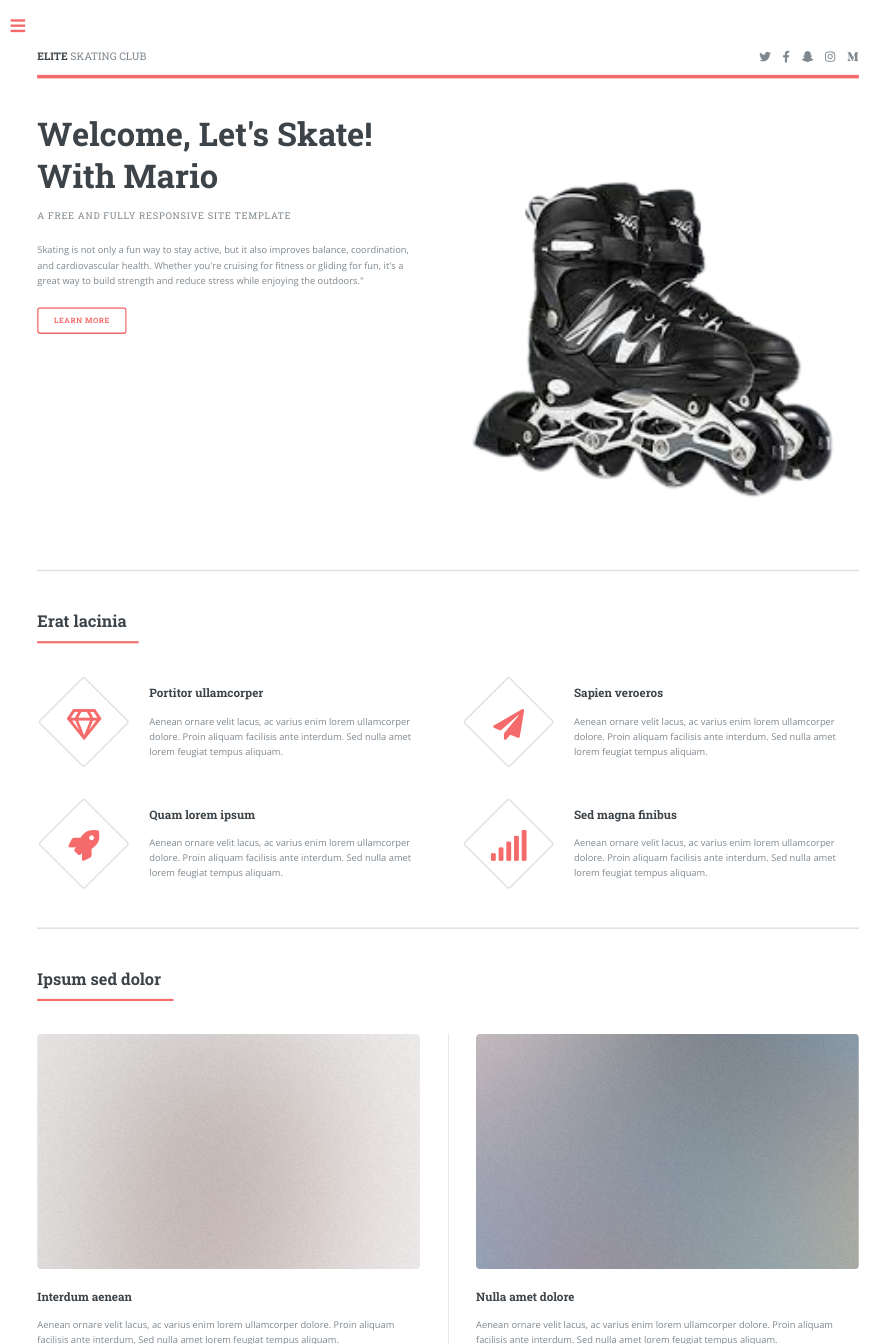
Repository: rachel648/New_Elite
Page: index.html
An editor plug-in stored every save of this project. The page is shown before and after the next save, followed by the edit.
The browser window is 1280 px wide. The pictures show the part of the page from y = 0 to 1920 px (the page is 3230 px tall), at 70% of full size.

Above is the page before, as saved 2024-09-20 13:40:28.

### index.html
<!DOCTYPE HTML>
<html>
	<head>
		<title>ELITE SKATES</title>
		<meta charset="utf-8" />
		<meta name="viewport" content="width=device-width, initial-scale=1, user-scalable=no" />
		<link rel="stylesheet" href="assets/css/main.css" />
	</head>
	<body class="is-preload">

		<!-- Wrapper -->
			<div id="wrapper">

				<!-- Main -->
					<div id="main">
						<div class="inner">

							<!-- Header -->
								<header id="header">
									<a href="index.html" class="logo"><strong>ELITE </strong>SKATING CLUB</a>
									<ul class="icons">
										<li><a href="#" class="icon brands fa-twitter"><span class="label">Twitter</span></a></li>
										<li><a href="#" class="icon brands fa-facebook-f"><span class="label">Facebook</span></a></li>
										<li><a href="#" class="icon brands fa-snapchat-ghost"><span class="label">Snapchat</span></a></li>
										<li><a href="#" class="icon brands fa-instagram"><span class="label">Instagram</span></a></li>
										<li><a href="#" class="icon brands fa-medium-m"><span class="label">Medium</span></a></li>
									</ul>
								</header>

							<!-- Banner -->
								<section id="banner">
									<div class="content">
										<header>
											<h1>Welcome, Let's Skate!<br />
											With Mario</h1>
											<p>A free and fully responsive site template</p>
										</header>
										<p>Skating is not only a fun way to stay active, but it also improves balance, coordination, and cardiovascular health. Whether you're cruising for fitness or gliding for fun, it's a great way to build strength and reduce stress while enjoying the outdoors."</p>
										<ul class="actions">
											<li><a href="#" class="button big">Learn More</a></li>
										</ul>
									</div>
									<span class="image object">
										<img src="images/skateone-removebg-preview.png" alt="" />
									</span>
								</section>

							<!-- Section -->
								<section>
									<header class="major">
										<h2>Erat lacinia</h2>
									</header>
									<div class="features">
										<article>
											<span class="icon fa-gem"></span>
											<div class="content">
												<h3>Portitor ullamcorper</h3>
												<p>Aenean ornare velit lacus, ac varius enim lorem ullamcorper dolore. Proin aliquam facilisis ante interdum. Sed nulla amet lorem feugiat tempus aliquam.</p>
											</div>
										</article>
										<article>
											<span class="icon solid fa-paper-plane"></span>
											<div class="content">
												<h3>Sapien veroeros</h3>
												<p>Aenean ornare velit lacus, ac varius enim lorem ullamcorper dolore. Proin aliquam facilisis ante interdum. Sed nulla amet lorem feugiat tempus aliquam.</p>
											</div>
										</article>
										<article>
											<span class="icon solid fa-rocket"></span>
											<div class="content">
												<h3>Quam lorem ipsum</h3>
												<p>Aenean ornare velit lacus, ac varius enim lorem ullamcorper dolore. Proin aliquam facilisis ante interdum. Sed nulla amet lorem feugiat tempus aliquam.</p>
											</div>
										</article>
										<article>
											<span class="icon solid fa-signal"></span>
											<div class="content">
												<h3>Sed magna finibus</h3>
												<p>Aenean ornare velit lacus, ac varius enim lorem ullamcorper dolore. Proin aliquam facilisis ante interdum. Sed nulla amet lorem feugiat tempus aliquam.</p>
											</div>
										</article>
									</div>
								</section>

							<!-- Section -->
								<section>
									<header class="major">
										<h2>Ipsum sed dolor</h2>
									</header>
									<div class="posts">
										<article>
											<a href="#" class="image"><img src="images/pic01.jpg" alt="" /></a>
											<h3>Interdum aenean</h3>
											<p>Aenean ornare velit lacus, ac varius enim lorem ullamcorper dolore. Proin aliquam facilisis ante interdum. Sed nulla amet lorem feugiat tempus aliquam.</p>
											<ul class="actions">
												<li><a href="#" class="button">More</a></li>
											</ul>
										</article>
										<article>
											<a href="#" class="image"><img src="images/pic02.jpg" alt="" /></a>
											<h3>Nulla amet dolore</h3>
											<p>Aenean ornare velit lacus, ac varius enim lorem ullamcorper dolore. Proin aliquam facilisis ante interdum. Sed nulla amet lorem feugiat tempus aliquam.</p>
											<ul class="actions">
												<li><a href="#" class="button">More</a></li>
											</ul>
										</article>
										<article>
											<a href="#" class="image"><img src="images/pic03.jpg" alt="" /></a>
											<h3>Tempus ullamcorper</h3>
											<p>Aenean ornare velit lacus, ac varius enim lorem ullamcorper dolore. Proin aliquam facilisis ante interdum. Sed nulla amet lorem feugiat tempus aliquam.</p>
											<ul class="actions">
												<li><a href="#" class="button">More</a></li>
											</ul>
										</article>
										<article>
											<a href="#" class="image"><img src="images/pic04.jpg" alt="" /></a>
											<h3>Sed etiam facilis</h3>
											<p>Aenean ornare velit lacus, ac varius enim lorem ullamcorper dolore. Proin aliquam facilisis ante interdum. Sed nulla amet lorem feugiat tempus aliquam.</p>
											<ul class="actions">
												<li><a href="#" class="button">More</a></li>
											</ul>
										</article>
										<article>
											<a href="#" class="image"><img src="images/pic05.jpg" alt="" /></a>
											<h3>Feugiat lorem aenean</h3>
											<p>Aenean ornare velit lacus, ac varius enim lorem ullamcorper dolore. Proin aliquam facilisis ante interdum. Sed nulla amet lorem feugiat tempus aliquam.</p>
											<ul class="actions">
												<li><a href="#" class="button">More</a></li>
											</ul>
										</article>
										<article>
											<a href="#" class="image"><img src="images/pic06.jpg" alt="" /></a>
											<h3>Amet varius aliquam</h3>
											<p>Aenean ornare velit lacus, ac varius enim lorem ullamcorper dolore. Proin aliquam facilisis ante interdum. Sed nulla amet lorem feugiat tempus aliquam.</p>
											<ul class="actions">
												<li><a href="#" class="button">More</a></li>
											</ul>
										</article>
									</div>
								</section>

						</div>
					</div>

				<!-- Sidebar -->
					<div id="sidebar">
						<div class="inner">

							<!-- Search -->
								<section id="search" class="alt">
									<form method="post" action="#">
										<input type="text" name="query" id="query" placeholder="Search" />
									</form>
								</section>

							<!-- Menu -->
								<nav id="menu">
									<header class="major">
										<h2>Menu</h2>
									</header>
									<ul>
										<li><a href="index.html">Homepage</a></li>
										<li><a href="generic.html">Generic</a></li>
										<li><a href="elements.html">Elements</a></li>
										<li>
											<span class="opener">Submenu</span>
											<ul>
												<li><a href="#">Lorem Dolor</a></li>
												<li><a href="#">Ipsum Adipiscing</a></li>
												<li><a href="#">Tempus Magna</a></li>
												<li><a href="#">Feugiat Veroeros</a></li>
											</ul>
										</li>
										<li><a href="#">Etiam Dolore</a></li>
										<li><a href="#">Adipiscing</a></li>
										<li>
											<span class="opener">Another Submenu</span>
											<ul>
												<li><a href="#">Lorem Dolor</a></li>
												<li><a href="#">Ipsum Adipiscing</a></li>
												<li><a href="#">Tempus Magna</a></li>
												<li><a href="#">Feugiat Veroeros</a></li>
											</ul>
										</li>
										<li><a href="#">Maximus Erat</a></li>
										<li><a href="#">Sapien Mauris</a></li>
										<li><a href="#">Amet Lacinia</a></li>
									</ul>
								</nav>

							<!-- Section -->
								<section>
									<header class="major">
										<h2>Ante interdum</h2>
									</header>
									<div class="mini-posts">
										<article>
											<a href="#" class="image"><img src="images/pic07.jpg" alt="" /></a>
											<p>Aenean ornare velit lacus, ac varius enim lorem ullamcorper dolore aliquam.</p>
										</article>
										<article>
											<a href="#" class="image"><img src="images/pic08.jpg" alt="" /></a>
											<p>Aenean ornare velit lacus, ac varius enim lorem ullamcorper dolore aliquam.</p>
										</article>
										<article>
											<a href="#" class="image"><img src="images/pic09.jpg" alt="" /></a>
											<p>Aenean ornare velit lacus, ac varius enim lorem ullamcorper dolore aliquam.</p>
										</article>
									</div>
									<ul class="actions">
										<li><a href="#" class="button">More</a></li>
									</ul>
								</section>

							<!-- Section -->
								<section>
									<header class="major">
										<h2>Get in touch</h2>
									</header>
									<p>Sed varius enim lorem ullamcorper dolore aliquam aenean ornare velit lacus, ac varius enim lorem ullamcorper dolore. Proin sed aliquam facilisis ante interdum. Sed nulla amet lorem feugiat tempus aliquam.</p>
									<ul class="contact">
										<li class="icon solid fa-envelope"><a href="#">information@untitled.tld</a></li>
										<li class="icon solid fa-phone">(000) 000-0000</li>
										<li class="icon solid fa-home">1234 Somewhere Road #8254<br />
										Nashville, TN 00000-0000</li>
									</ul>
								</section>

							<!-- Footer -->
								<footer id="footer">
									<p class="copyright">&copy; Untitled. All rights reserved. Demo Images: <a href="https://unsplash.com">Unsplash</a>. Design: <a href="https://html5up.net">HTML5 UP</a>.</p>
								</footer>

						</div>
					</div>

			</div>

		<!-- Scripts -->
			<script src="assets/js/jquery.min.js"></script>
			<script src="assets/js/browser.min.js"></script>
			<script src="assets/js/breakpoints.min.js"></script>
			<script src="assets/js/util.js"></script>
			<script src="assets/js/main.js"></script>

	</body>
</html>

Loaded but not shown: assets/css/fontawesome-all.min.css (library); assets/js/jquery.min.js (library); assets/js/browser.min.js (common file); assets/js/breakpoints.min.js (common file); assets/js/util.js (587 lines, source omitted); assets/js/main.js (262 lines, source omitted); assets/css/main.css (2273 lines, source omitted)

After the next save:
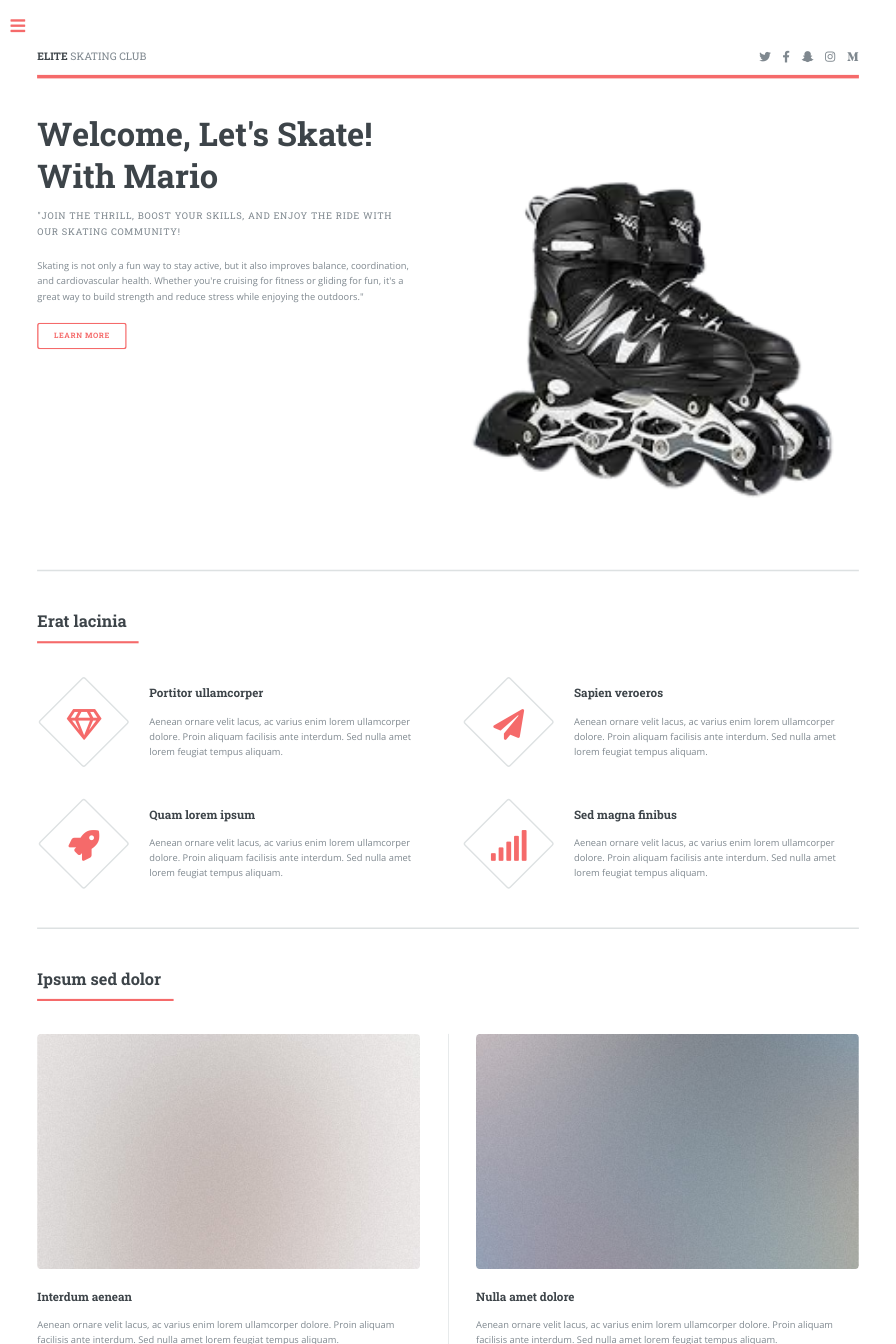
Saved 57 s later.
--- a/index.html
+++ b/index.html
@@ -33,7 +33,7 @@
 										<header>
 											<h1>Welcome, Let's Skate!<br />
 											With Mario</h1>
-											<p>A free and fully responsive site template</p>
+											<p>"Join the thrill, boost your skills, and enjoy the ride with our skating community!</p>
 										</header>
 										<p>Skating is not only a fun way to stay active, but it also improves balance, coordination, and cardiovascular health. Whether you're cruising for fitness or gliding for fun, it's a great way to build strength and reduce stress while enjoying the outdoors."</p>
 										<ul class="actions">
